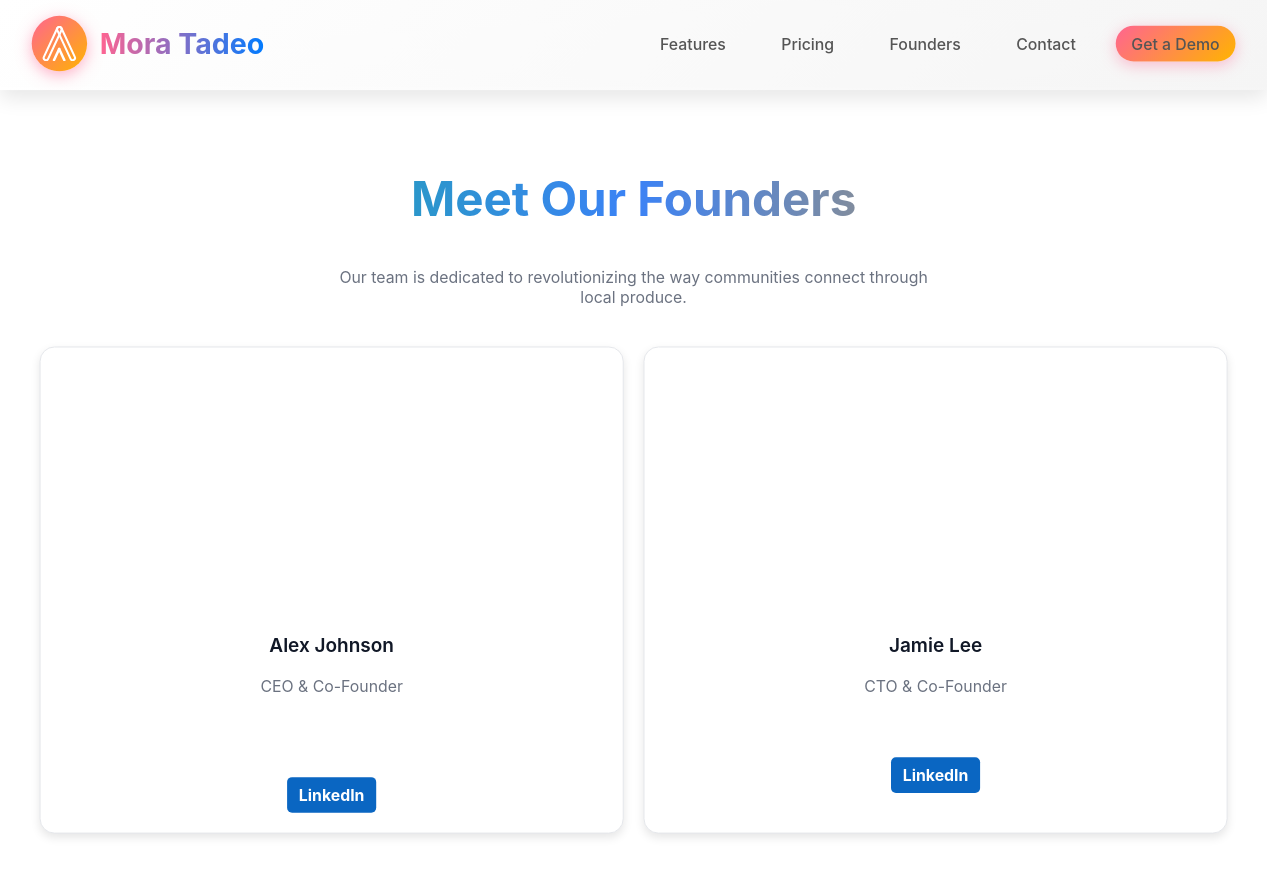
Repository: AbrahamM007/moratadeo
Page: /founders
The author's editor kept a copy of each file at every save. The page is drawn from the files as they stood at one save, then again after a run of saves.
The browser window is 1280 px wide. The pictures show the whole page, at 99% of full size.
The project was rebuilt for these pictures with package versions that can differ from the ones it lists, and the page was loaded fresh each time. Also part of the build but not shown: src/HeroSection.css, src/HeroSection.js, src/InfoSection.css, src/InfoSection.js, src/RoadmapSection.css, src/RoadmapSection.js, src/DesignPhaseSection.js, src/HeroBanner.js and 7 more.

Above is the page before, as saved 2025-02-15 13:15:18.
Not found: images/alex.jpg
Not found: images/jamie.jpg

After the next 2 saves:
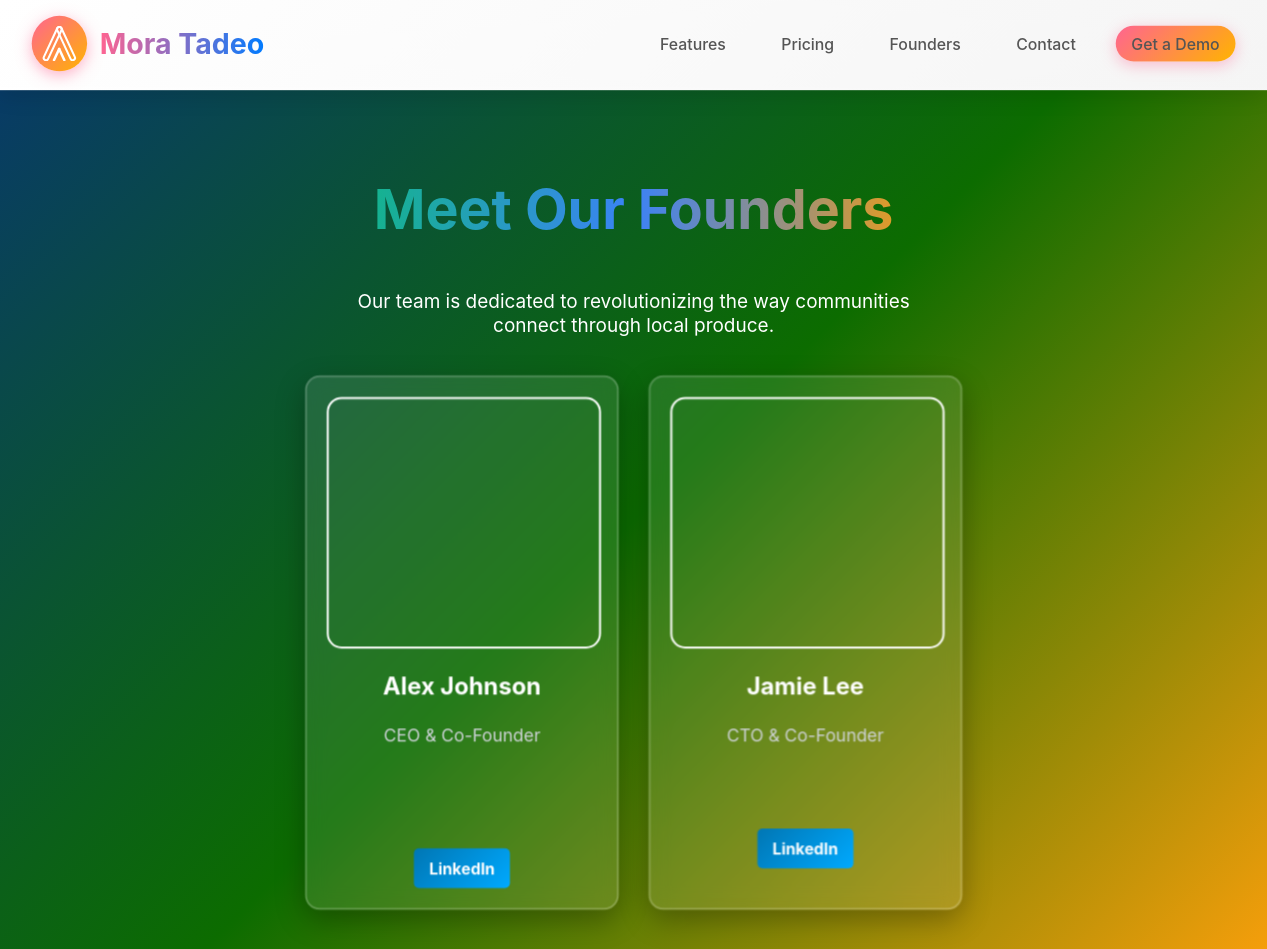
The 2 saves are shown as one change because they came seconds apart.
The last was saved 12 s later.
--- a/src/FoundersPage.css
+++ b/src/FoundersPage.css
@@ -1,50 +1,79 @@
+/* Full-page background with subtle animated glow */
 .founders-container {
-  background: white;
+  position: relative;
+  background: linear-gradient(135deg, #083b66, #0C6C00, #f59e0b);
   min-height: 100vh;
   padding: 40px;
+  display: flex;
+  flex-direction: column;
+  align-items: center;
+  justify-content: center;
   text-align: center;
+  overflow: hidden;
 }
 
-.header-section {
-  margin-bottom: 40px;
+/* Animated glowing background */
+.background-animation {
+  position: absolute;
+  top: 0;
+  left: 0;
+  width: 100%;
+  height: 100%;
+  background: radial-gradient(circle, rgba(255, 255, 255, 0.05) 10%, transparent 80%);
+  animation: glowing 6s infinite alternate;
+  z-index: -1;
 }
 
+@keyframes glowing {
+  0% { transform: scale(1); opacity: 0.7; }
+  100% { transform: scale(1.1); opacity: 0.5; }
+}
+
+/* Animated text */
 .gradient-text {
-  font-size: 3rem;
+  font-size: 3.5rem;
   font-weight: bold;
   background: linear-gradient(to right, #10b981, #3b82f6, #f59e0b);
   -webkit-background-clip: text;
   -webkit-text-fill-color: transparent;
+  animation: fadeIn 1s ease-in-out;
 }
 
 .subtitle {
-  color: #6b7280;
+  color: white;
   max-width: 600px;
-  margin: 10px auto;
+  margin-top: 10px;
+  font-size: 1.2rem;
 }
 
+/* Grid for founders */
 .founders-grid {
   display: grid;
   grid-template-columns: repeat(auto-fit, minmax(280px, 1fr));
-  gap: 20px;
+  gap: 30px;
   justify-content: center;
+  margin-top: 20px;
 }
 
+/* Founder card with 3D hover effect */
 .founder-card {
-  background: white;
+  background: rgba(255, 255, 255, 0.1);
   padding: 20px;
   border-radius: 15px;
-  box-shadow: 0px 4px 10px rgba(0, 0, 0, 0.1);
-  border: 1px solid #e5e7eb;
-  transition: all 0.3s ease;
+  box-shadow: 0px 10px 30px rgba(0, 0, 0, 0.3);
+  border: 2px solid rgba(255, 255, 255, 0.2);
   text-align: center;
+  backdrop-filter: blur(10px);
+  transform-style: preserve-3d;
+  transition: transform 0.3s ease, box-shadow 0.3s ease;
 }
 
 .founder-card:hover {
-  box-shadow: 0px 6px 15px rgba(0, 0, 0, 0.15);
-  transform: translateY(-5px);
+  transform: rotateY(10deg) scale(1.05);
+  box-shadow: 0px 15px 40px rgba(0, 0, 0, 0.4);
 }
 
+/* Founder Image */
 .founder-image {
   width: 100%;
   height: 250px;
@@ -52,30 +81,54 @@
   background-position: center;
   border-radius: 15px;
   margin-bottom: 15px;
+  border: 2px solid white;
+  transition: transform 0.3s ease;
 }
 
+.founder-card:hover .founder-image {
+  transform: scale(1.1);
+}
+
+/* Founder Name & Role */
 .founder-name {
-  font-size: 1.2rem;
-  font-weight: 600;
-  color: #111827;
+  font-size: 1.5rem;
+  font-weight: 700;
+  color: white;
+  transition: color 0.3s ease;
 }
 
 .founder-role {
-  color: #6b7280;
-  margin-bottom: 10px;
+  color: #d1d5db;
+  font-size: 1.1rem;
 }
 
+/* Hover bio reveal */
+.founder-bio {
+  opacity: 0;
+  color: white;
+  font-size: 1rem;
+  transition: opacity 0.3s ease;
+  margin-top: 10px;
+}
+
+.founder-card:hover .founder-bio {
+  opacity: 1;
+}
+
+/* LinkedIn Button */
 .linkedin-link {
   display: inline-block;
   margin-top: 10px;
-  padding: 8px 12px;
-  background: #0a66c2;
+  padding: 10px 15px;
+  background: linear-gradient(135deg, #0077b5, #00aaff);
   color: white;
   border-radius: 5px;
   text-decoration: none;
   font-weight: bold;
+  transition: background 0.3s ease, transform 0.2s ease;
 }
 
 .linkedin-link:hover {
-  background: #084a99;
+  background: #005f8c;
+  transform: scale(1.1);
 }
